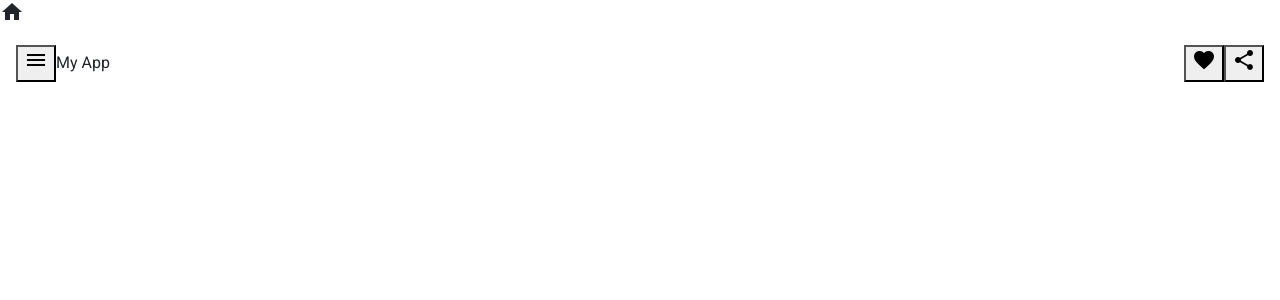
Repository: muriloopr/morilofitangular
Page: / (app in app/)
An editor plug-in stored every save of this project. The page is shown before and after the next save, followed by the edit.
The browser window is 1280 px wide. The pictures show the whole page.
The project was rebuilt for these pictures with package versions that can differ from the ones it lists, and the page was loaded fresh each time. Also part of the build but not shown: app/angular.json.

Above is the page before, as saved 2025-06-15 13:01:13.

After the next save:
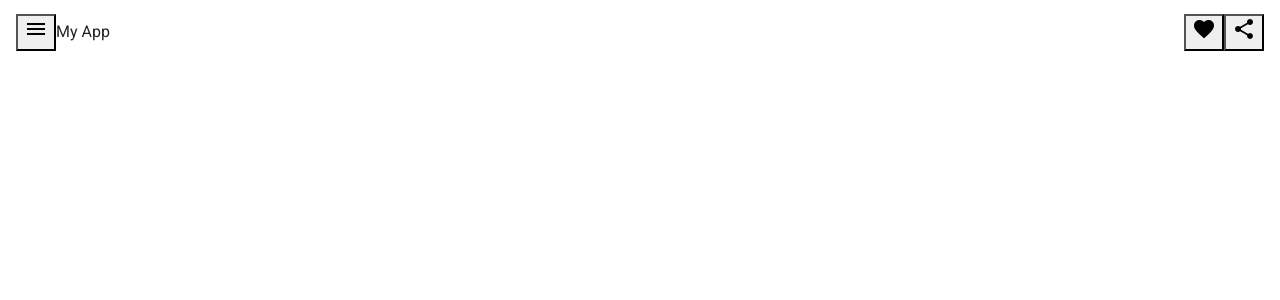
Saved 2 s later.
--- a/app/src/app/home/home.component.html
+++ b/app/src/app/home/home.component.html
@@ -1,4 +1,4 @@
-<mat-icon class="icon-preto">home</mat-icon>
+
 <mat-toolbar>
   <button matIconButton class="example-icon" aria-label="Example icon-button with menu icon">
     <mat-icon>menu</mat-icon>
